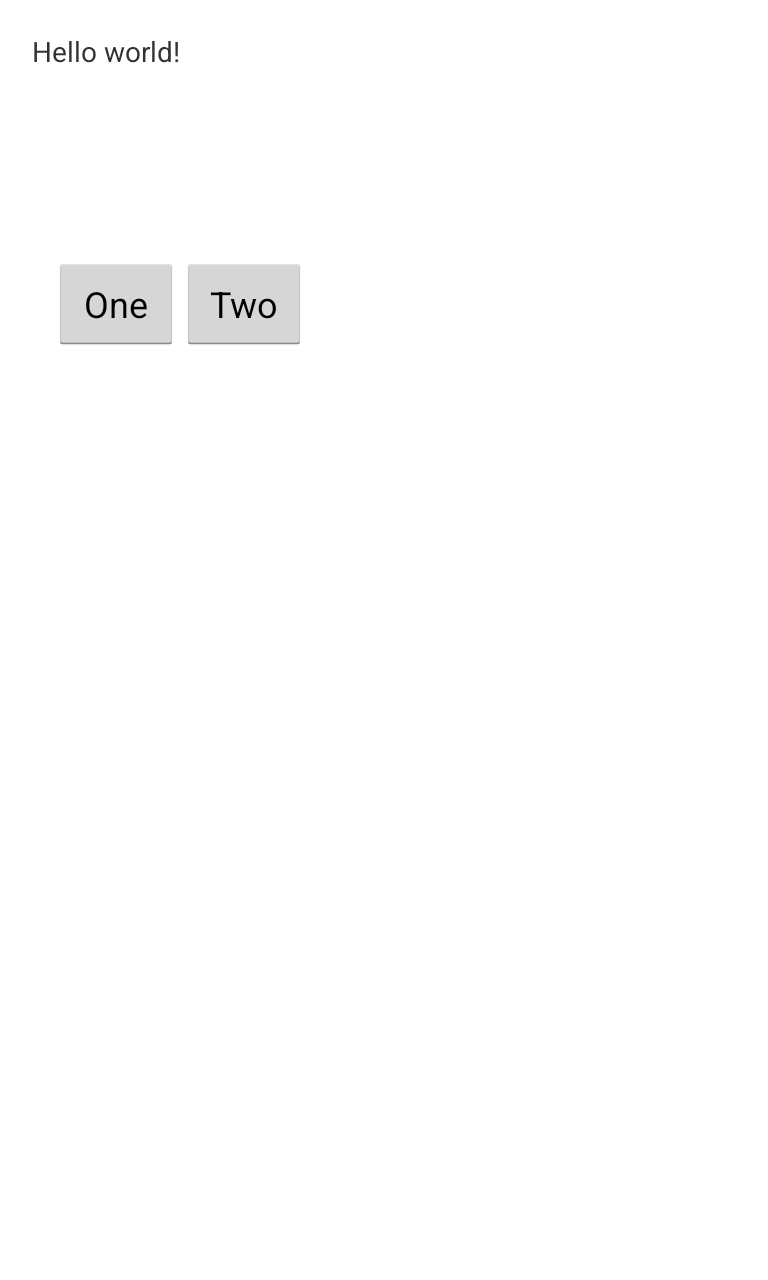
Repository: shailesh1001/eduonix-android
Layout: ch01/ex01/res/layout/activity_main.xml
These files come from the project's save history. The layout is drawn as it stood at one moment and after the next save; the edit follows.
It is drawn on a 768 x 1280 px phone screen (xhdpi) without system bars, with theme AppTheme; the app's code is not run.

Above is the layout before, as saved 2013-12-07 19:55:08.

After the next save:
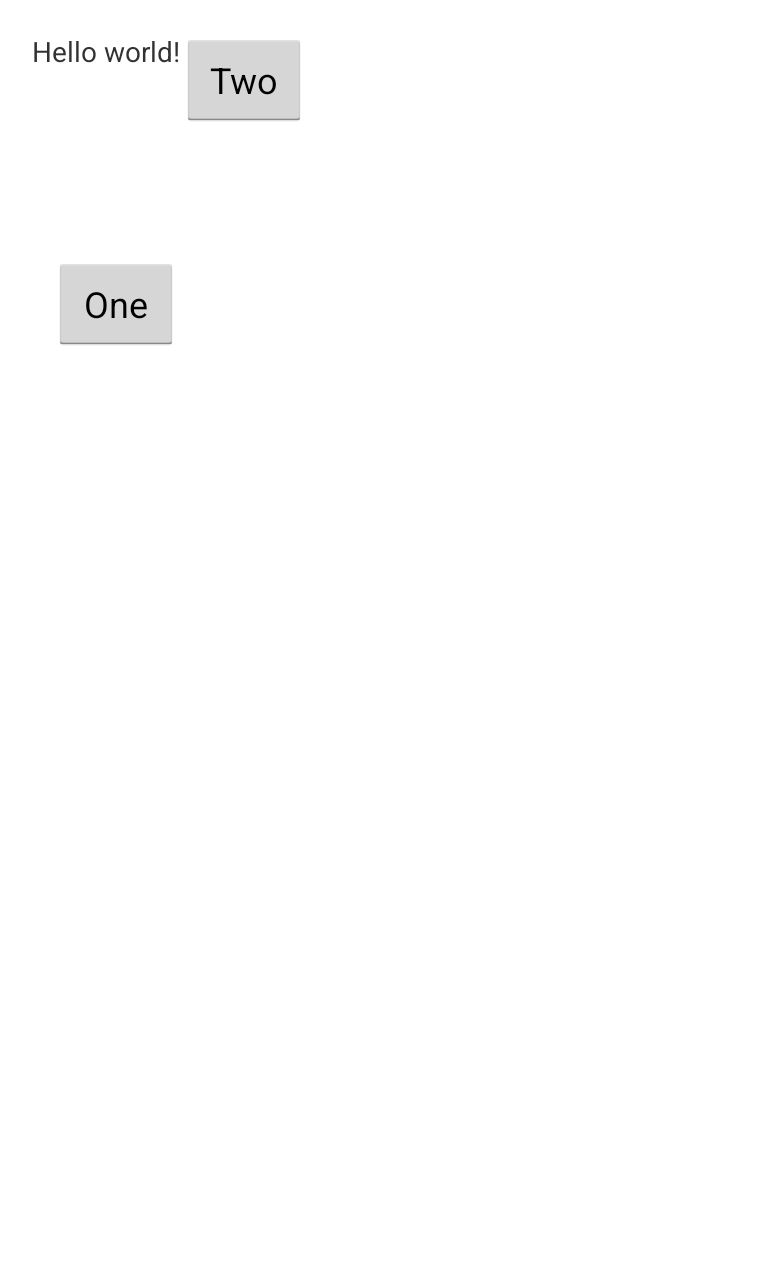
Saved 4 s later.
--- a/ch01/ex01/res/layout/activity_main.xml
+++ b/ch01/ex01/res/layout/activity_main.xml
@@ -29,7 +29,6 @@
         android:layout_width="wrap_content"
         android:layout_height="wrap_content"
         android:layout_toRightOf="@+id/button1"
-        android:layout_alignBottom="@+id/button1"
         android:layout_centerHorizontal="true"
         android:text="@string/button2_text"
         android:onClick="showText" />

After the 2 saves that followed:
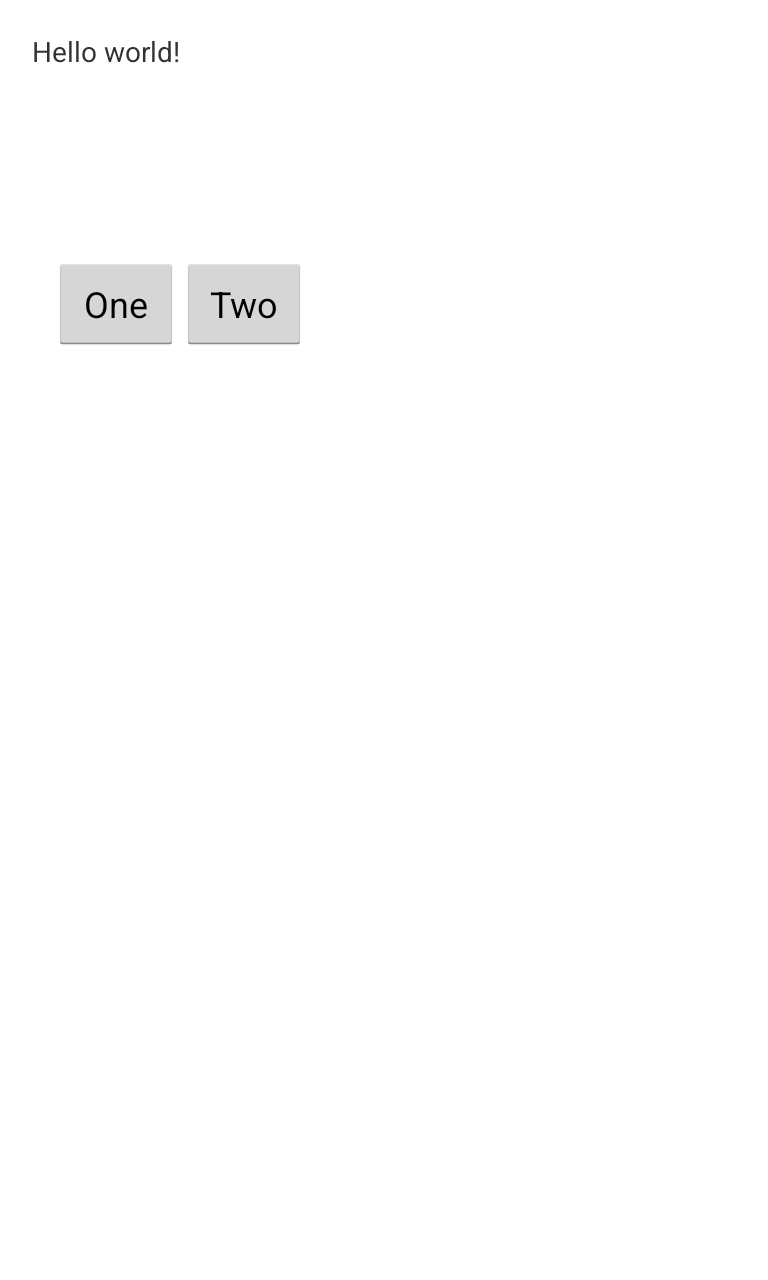
The 2 saves are shown as one change because 1 left the picture as it was.
The last was saved 36 s later.
--- a/ch01/ex01/res/layout/activity_main.xml
+++ b/ch01/ex01/res/layout/activity_main.xml
@@ -28,9 +28,10 @@
         android:id="@+id/button2"
         android:layout_width="wrap_content"
         android:layout_height="wrap_content"
+        android:layout_alignBaseline="@+id/button1"
+        android:layout_alignBottom="@+id/button1"
         android:layout_toRightOf="@+id/button1"
-        android:layout_centerHorizontal="true"
-        android:text="@string/button2_text"
-        android:onClick="showText" />
+        android:onClick="showText"
+        android:text="@string/button2_text" />
 
 </RelativeLayout>
